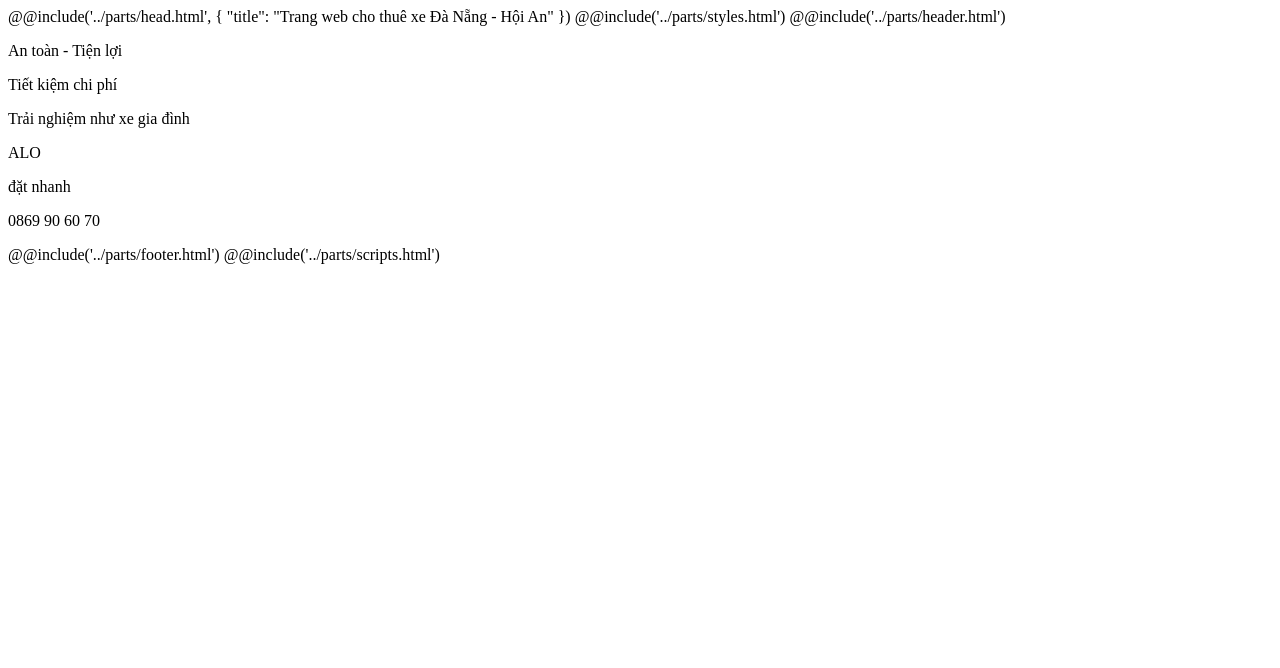
Repository: thanhthien0706/last_project--fe004
Page: lastProductF004/src/views/pages/index.html
These files come from the project's save history. The page is drawn as it stood at one moment and after the next save; the edit follows.
The browser window is 1280 px wide. The pictures show the whole page.

Above is the page before, as saved 2021-09-16 20:11:08.

### lastProductF004/src/views/pages/index.html
<html lang="vi">

<head>
  <!-- include head.html -->
  @@include('../parts/head.html', {
  "title": "Trang web cho thuê xe Đà Nẵng - Hội An"
  })
  <!-- include styles.html -->
  @@include('../parts/styles.html')
</head>

<body class="wrapper">
  @@include('../parts/header.html')
  <section>

    <section class="section_01">
      <div class="container_new_edit">
        <div class="box_main_slide">
          <!-- slide 1 -->
          <div class="box_content_slide">

            <div class="box_slogan">
              <p class="slogan_1">An toàn - Tiện lợi</p>
              <p class="slogan_2">Tiết kiệm chi phí</p>
              <p class="slogan_3"><span class="sp_slogan_1">Trải nghiệm</span> như xe <span class="sp_slogan_2">gia đình</span></p>
            </div>

            <div class="box_contact">
              <div class="box_icon">
                <div class="shape_1"></div>
                <div class="shape_2"></div>
                <p class="icon">ALO</p>
              </div>
              <div class="box_text">
                <p>đặt nhanh</p>
                <p class="sdt">
                  0869 90 60 70
                </p>
              </div>
            </div>

          </div>

        </div>
      </div>
    </section>

  </section>
  @@include('../parts/footer.html')

  <!-- include scripts.html -->
  @@include('../parts/scripts.html')
</body>

</html>

After the next save:
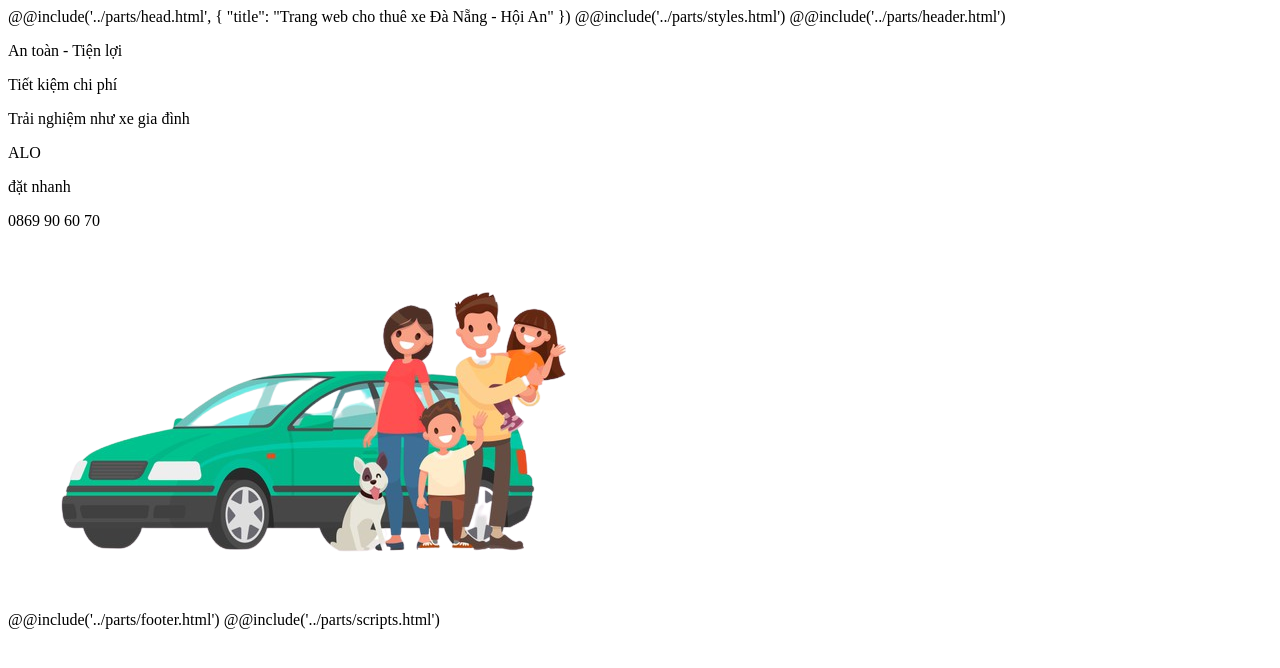
Saved 43 s later.
--- a/lastProductF004/src/views/pages/index.html
+++ b/lastProductF004/src/views/pages/index.html
@@ -39,6 +39,10 @@
               </div>
             </div>
 
+            <div class="box_img">
+              <img src="../../images/bg/bg_image-1.png" alt="">
+            </div>
+
           </div>
 
         </div>
